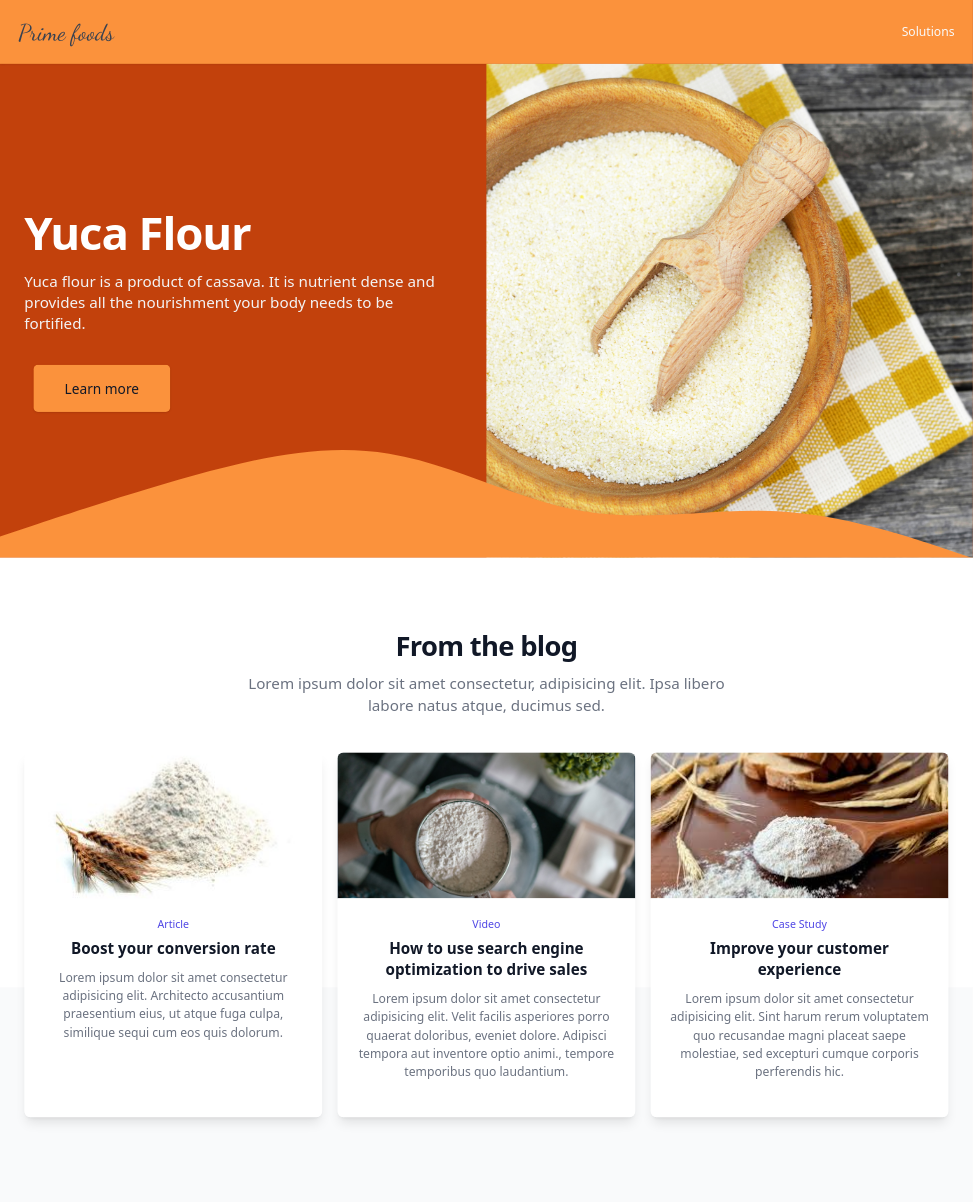
Repository: bellatrick/prime-foods
Page: /
These files come from the project's save history. The page is drawn as it stood at one moment and after the next save; the edit follows.
The browser window is 1280 px wide. The pictures show the whole page, at 76% of full size.
Some web fonts or font styles are not loaded; a fallback is used. The project was rebuilt for these pictures with package versions that can differ from the ones it lists, and the page was loaded fresh each time. A package was used in the major version that the imports need, not the one package.json lists.

Above is the page before, as saved 2022-04-30 19:30:08.

After the next save:
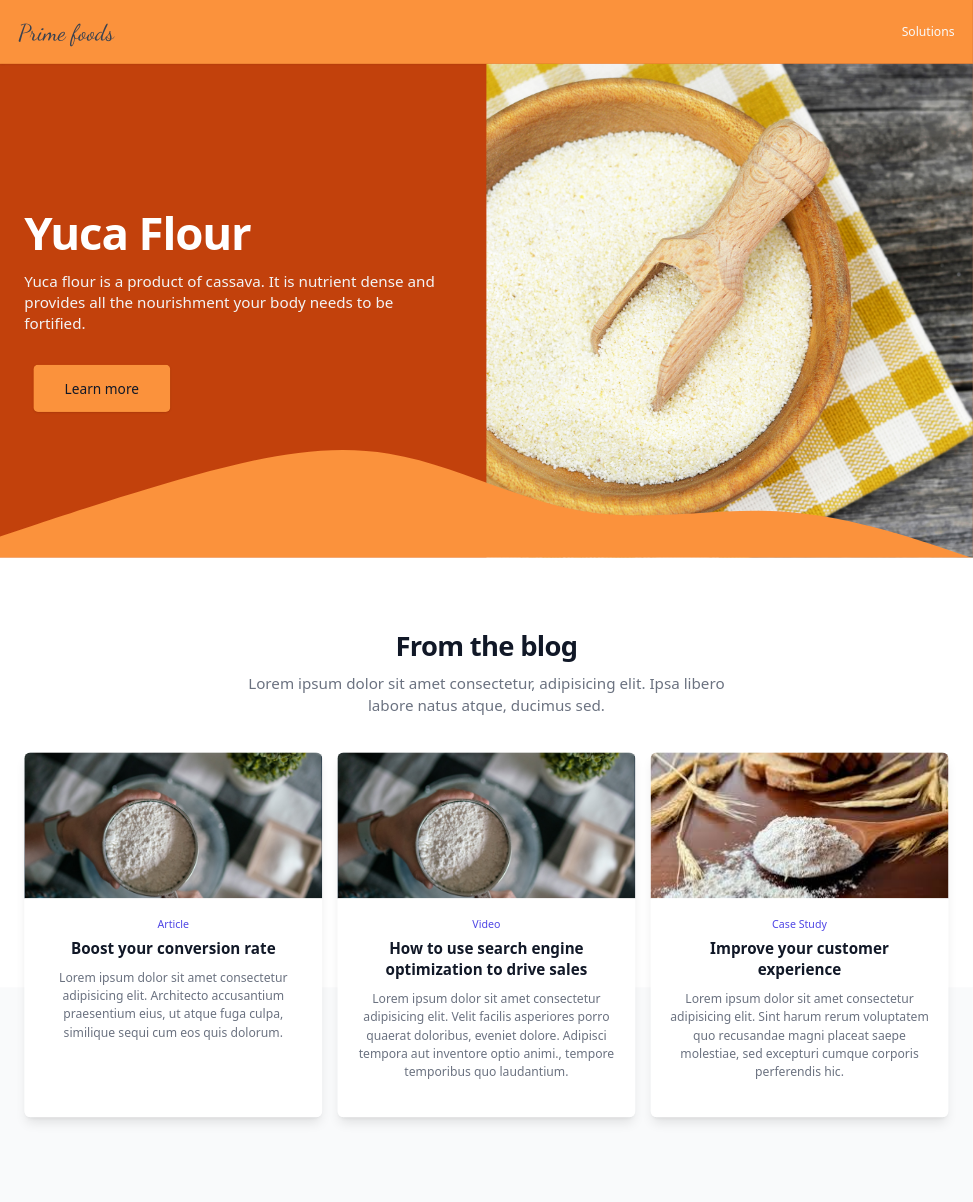
Saved 59 s later.
--- a/src/components/Features.jsx
+++ b/src/components/Features.jsx
@@ -12,7 +12,7 @@
       date: 'Mar 16, 2020',
       datetime: '2020-03-16',
       imageUrl:
-        img1,
+        img2,
       readingTime: '6 min',
     },
     {
